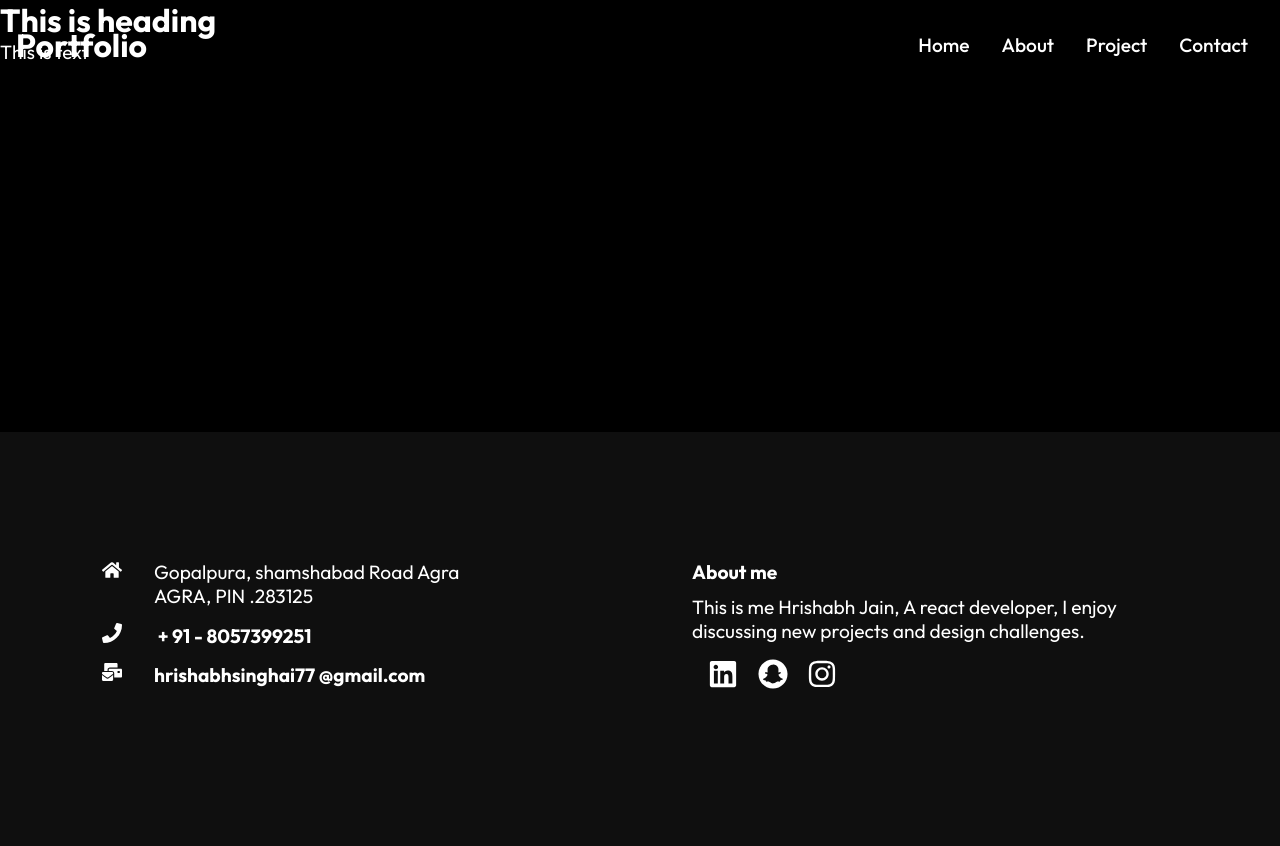
Repository: Hrishabhsinghai/Portfolio
Page: /project
The author's editor kept a copy of each file at every save. The page is drawn from the files as they stood at one save, then again after the next save.
The browser window is 1280 px wide. The pictures show the whole page.
The project was rebuilt for these pictures with package versions that can differ from the ones it lists, and the page was loaded fresh each time. Also part of the build but not shown: src/components/HeroImgStyles.css, src/components/HeroImg.js, src/routes/Home.js, src/routes/About.js, src/routes/Contact.js.

Above is the page before, as saved 2024-01-05 01:07:20.

### src/index.css
@import url("https://fonts.googleapis.com/css2?family=Orbitron&family=Outfit:wght@100;200;300;400;500;600;700;800;900&display=swap");
* {
  box-sizing: border-box;
  margin: 0;
  padding: 0;
  font-family: "Outfit", sans-serif;
}

body {
  background: black;
}

h1,
h4,
p,
a {
  color: #fff;
  text-decoration: none;
}

ul {
  list-style-type: none;
}

.btn {
  padding: 12px 32px;
  font-size: 1rem;
  text-transform: uppercase;
  color: #222;
  border: 1px solid #fff;
  font-weight: 600;
  cursor: pointer;
  background: yellow;
}

.btn-light {
  background: transparent;
  color: #fff;
}

.btn-hover {
  background: rgba(255, 255, 255, 0.2);
  color: #fff;
  transition: 0.3;
}

### src/App.js
import "./index.css";
import Home from "./routes/Home";
import About from "./routes/About";
import Project from "./routes/Project";
import Contact from "./routes/Contact";
import { Route, Routes } from "react-router-dom";

function App() {
  return (
    <>
      <Routes>
        <Route path="/" element={<Home />} />{" "}
        <Route path="/project" element={<Project />} />{" "}
        <Route path="/About" element={<About />} />{" "}
        <Route path="/Contact" element={<Contact />} />{" "}
      </Routes>{" "}
    </>
  );
}

export default App;

### src/routes/Project.js
import React from "react";
import Navbar from "../components/Navbar";
import Footer from "../components/Footer";
import HeroImg2 from "../components/HeroImg2";

const Project = () => {
  return (
    <div>
      <Navbar />
      <HeroImg2 />
      <Footer />
    </div>
  );
};

export default Project;

### src/components/Navbar.js
import { Link } from "react-router-dom";
import "./NavbarStyles.css";

import { FaBars, FaTimes } from "react-icons/fa";
import { useState } from "react";

const Navbar = () => {
  const [click, setClick] = useState(false);
  const handleClick = () => setClick(!click);

  const [color, settColor] = useState(false);
  const changeColor = () => {
    if (window.scrollY >= 100) {
      settColor(true);
    } else {
      settColor(false);
    }
  };

  window.addEventListener("scroll", changeColor);

  return (
    <div className={click ? "header header-bg" : "header"}>
      <Link to="/">
        {" "}
        <h1> Portfolio </h1>{" "}
      </Link>{" "}
      <ul className={click ? "nav-menu active" : "nav-menu"}>
        <li>
          <Link to="/"> Home </Link>{" "}
        </li>{" "}
        <li>
          <Link to="/About"> About </Link>{" "}
        </li>{" "}
        <li>
          <Link to="/Project"> Project </Link>{" "}
        </li>{" "}
        <li>
          <Link to="/Contact"> Contact </Link>{" "}
        </li>{" "}
      </ul>{" "}
      <div className="hamburger" onClick={handleClick}>
        {" "}
        {click ? (
          <FaTimes size={20} style={{ color: "#fff" }} />
        ) : (
          <FaBars size={20} style={{ color: "#fff" }} />
        )}{" "}
      </div>{" "}
    </div>
  );
};

export default Navbar;

### src/components/Footer.js
import "./FooterStyles.css";

import React from "react";
import {
  FaHome,
  FaInstagram,
  FaLinkedin,
  FaMailBulk,
  FaPhone,
  FaSnapchat,
} from "react-icons/fa";

const Footer = () => {
  return (
    <div className="footer">
      <div className="footer-container">
        <div className="left">
          <div className="location">
            <FaHome size={20} style={{ color: "#fff", marginRight: "2rem" }} />{" "}
            <div>
              <p> Gopalpura, shamshabad Road Agra </p>{" "}
              <p> AGRA, PIN .283125 </p>{" "}
            </div>{" "}
          </div>{" "}
          <div className="phone">
            <h4>
              {" "}
              <FaPhone
                size={20}
                style={{ color: "#fff", marginRight: "2rem" }}
              />{" "}
              + 91 - 8057399251{" "}
            </h4>{" "}
          </div>{" "}
          <div className="email">
            <h4>
              {" "}
              <FaMailBulk
                size={20}
                style={{ color: "#fff", marginRight: "2rem" }}
              />
              hrishabhsinghai77 @gmail.com{" "}
            </h4>{" "}
          </div>{" "}
        </div>{" "}
        <div className="right">
          <h4> About me </h4>{" "}
          <p>
            {" "}
            This is me Hrishabh Jain, A react developer, I enjoy discussing new
            projects and design challenges.{" "}
          </p>{" "}
          <div className="social">
            <h4>
              <FaLinkedin
                size={30}
                style={{ color: "#fff", marginLeft: "1rem" }}
              />{" "}
              <FaSnapchat
                size={30}
                style={{ color: "#fff", marginLeft: "1rem" }}
              />{" "}
              <FaInstagram
                size={30}
                style={{ color: "#fff", marginLeft: "1rem" }}
              />{" "}
            </h4>{" "}
          </div>{" "}
        </div>{" "}
      </div>{" "}
    </div>
  );
};

export default Footer;

### src/components/HeroImg2.js
import "./HeroImg2Styles.css";

import React from "react";

const HeroImg2 = () => {
  return (
    <div className="hero-img">
      <div className="heading">
        <h1> This is heading </h1> <p> This is text </p>
      </div>{" "}
    </div>
  );
};

export default HeroImg2;

### src/components/NavbarStyles.css
.header {
  display: flex;
  justify-content: space-between;
  align-items: center;
  padding: 1rem;
  position: fixed;
  width: 100%;
  height: 90px;
  z-index: 10;
}

.header-bg {
  background-color: rgba(0, 0, 0, 0.85);
  transition: 0.5s;
}

.nav-menu {
  display: flex;
}

.nav-menu li {
  padding: 0 1rem;
}

.nav-menu li a {
  font-size: 1.2rem;
  font-weight: 500;
}

.hamburger {
  display: none;
}

@media screen and (max-width: 1040px) {
  .nav-menu {
    flex-direction: column;
    justify-content: center;
    align-items: center;
    width: 100%;
    height: 100vh;
    background: rgba(0, 0, 0, 0.9);
    position: absolute;
    top: 0;
    left: -100%;
    z-index: -3;
    transition: 0.3s;
  }
  .nav-menu.active {
    left: 0;
  }
  .nav-menu li {
    padding: 1rem 0;
  }
  .nav-menu li a {
    font-size: 2rem;
  }
  .hamburger {
    display: initial;
  }
}

### src/components/FooterStyles.css
.footer {
  width: 100%;
  padding: 6rem 0;
  background-color: rgba(19, 19, 19, 0.8);
}

.footer-container {
  max-width: 1140px;
  margin: auto;
  display: grid;
  grid-template-columns: repeat(2, 1fr);
  grid-gap: 40px;
}

.left {
  height: 100%;
  max-width: 100%;
  display: flex;
  flex-direction: column;
  padding: 2rem;
}

.location {
  display: flex;
  margin-bottom: 0.8rem;
}

.phone {
  line-height: 30px;
}

.right {
  height: 100%;
  max-width: 100%;
  display: flex;
  flex-direction: column;
  padding: 2rem;
  margin-bottom: 0.8rem;
}

.social {
  margin-top: 1rem;
}

h4 {
  font-size: 1.2rem;
  padding-bottom: 0.7rem;
}

p {
  font-size: 1.2rem;
}

@media screen and (max-width: 640px) {
  .footer-container {
    grid-template-columns: 1fr;
  }
}

### src/components/HeroImg2Styles.css
.hero-img {
  width: 100%;
  background: black;
  height: 60vh;
  position: relative;
}

.heading {
  width: 100%;
  height: 100%;
  display: flex;
  flex-direction: column;
  /* justify-content: center; */
  /* align-items: center;  */
}

Loaded but not shown: public/index.html (common file); src/index.js (common file)

After the next save:
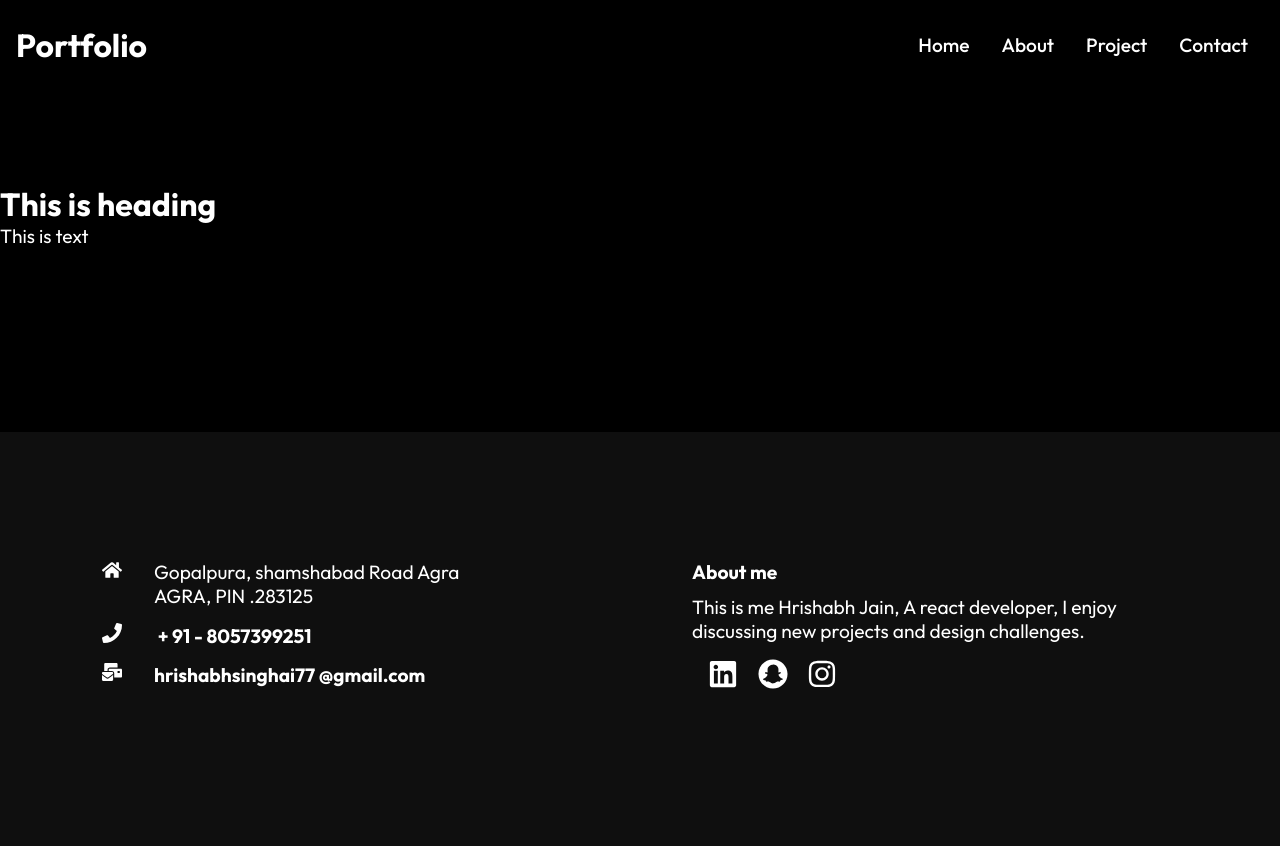
Saved 12 s later.
--- a/src/components/HeroImg2Styles.css
+++ b/src/components/HeroImg2Styles.css
@@ -10,6 +10,6 @@
   height: 100%;
   display: flex;
   flex-direction: column;
-  /* justify-content: center; */
+  justify-content: center;
   /* align-items: center;  */
 }
